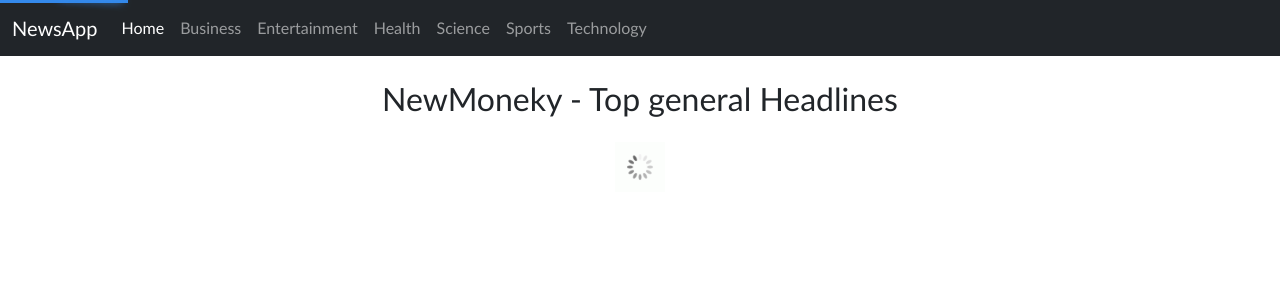
Repository: DipeshRaval/NewsApp-react
Page: /
The author's editor kept a copy of each file at every save. The page is drawn from the files as they stood at one save, then again after the next save.
The browser window is 1280 px wide. The pictures show the whole page.
The page's requests for data from a server got no answer. The project was rebuilt for these pictures with package versions that can differ from the ones it lists, and the page was loaded fresh each time. No one was signed in, and anything a server would have sent is missing. Also part of the build but not shown: src/Components/NewsItem.js.

Above is the page before, as saved 2023-01-28 03:46:43.

After the next save:
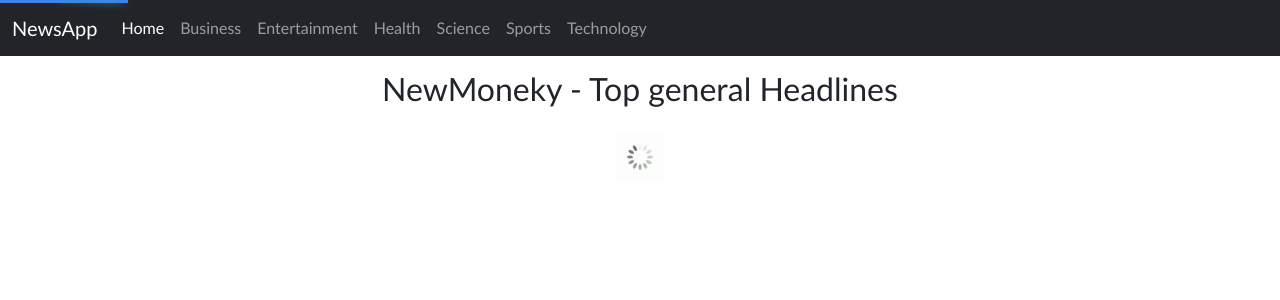
Saved 7 s later.
--- a/src/Components/News.js
+++ b/src/Components/News.js
@@ -74,7 +74,7 @@ export class News extends Component {
   render() {
     return (
       <>
-        <h2 className="text-center" style={{marginTop : "80px"}}>
+        <h2 className="text-center" style={{marginTop : "70px"}}>
           NewMoneky - Top {this.props.category} Headlines
         </h2>
 
